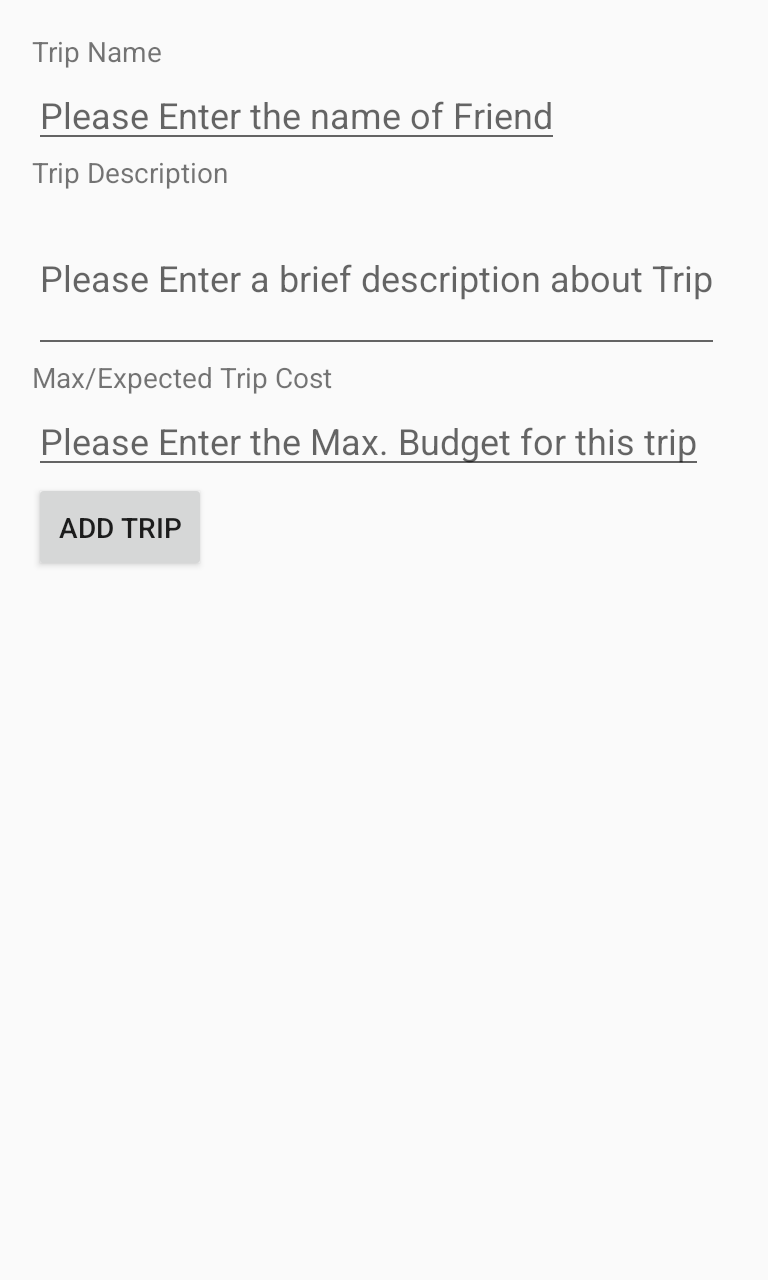
Repository: bandikishores/ShareMyTrip
Layout: ShareMyTrip/res/layout/activity_add_friend.xml
The author's editor kept a copy of each file at every save. The layout is drawn from the files as they stood at one save, then again after the next save.
It is drawn on a 768 x 1280 px phone screen (xhdpi) without system bars, with theme AppTheme; the app's code is not run.

Above is the layout before, as saved 2014-12-28 13:47:30.

After the next save:
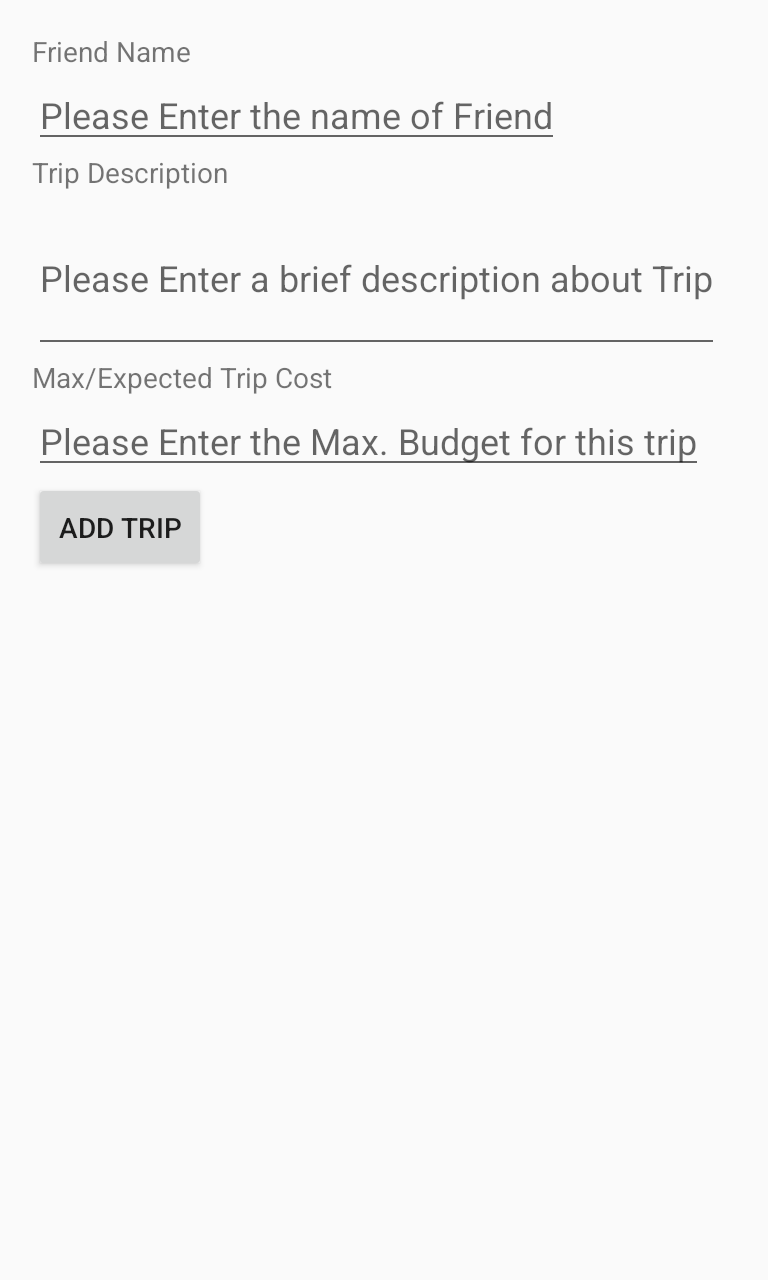
Saved 39 s later.
--- a/ShareMyTrip/res/layout/activity_add_friend.xml
+++ b/ShareMyTrip/res/layout/activity_add_friend.xml
@@ -17,7 +17,7 @@
     <TextView
         android:layout_width="wrap_content"
         android:layout_height="wrap_content"
-        android:text="@string/trip_name" />
+        android:text="@string/friend_name" />
 
     <EditText android:inputType="text"
         android:layout_width="wrap_content"
